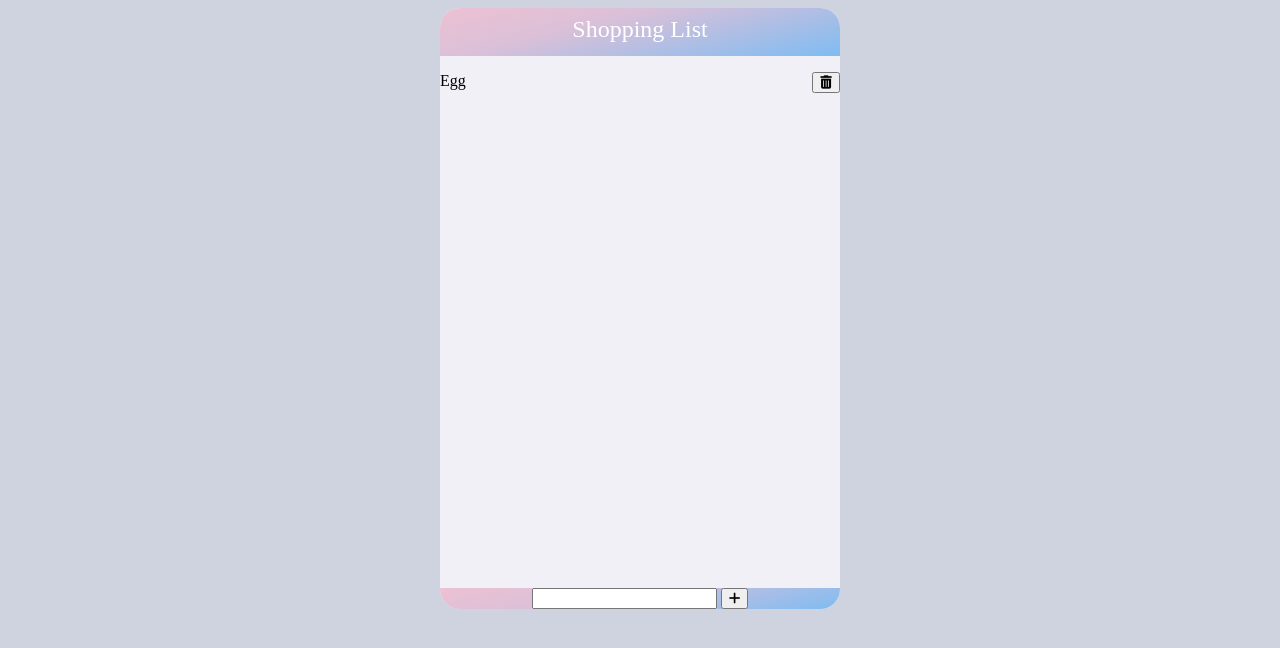
Repository: rumor1993/DreamCoding-Browser101
Page: Chapter05/index.html
These files come from the project's save history. The page is drawn as it stood at one moment and after the next save; the edit follows.
The browser window is 1280 px wide. The pictures show the whole page.
Some web libraries are served in a nearby version.

Above is the page before, as saved 2020-12-30 12:29:33.

After the next save:
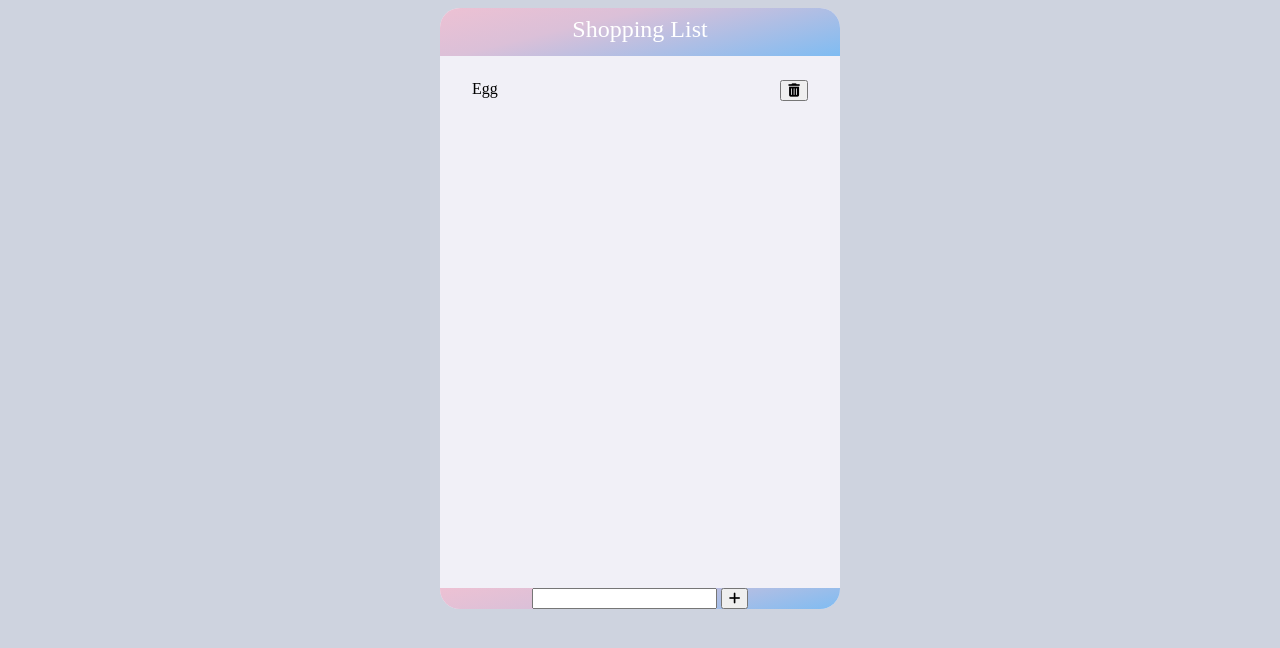
Saved 6 s later.
--- a/Chapter05/style.css
+++ b/Chapter05/style.css
@@ -36,6 +36,7 @@ body {
 .item {
   display: flex;
   justify-content: space-between;
+  padding: 8px 32px;
 }
 
 .footer {
